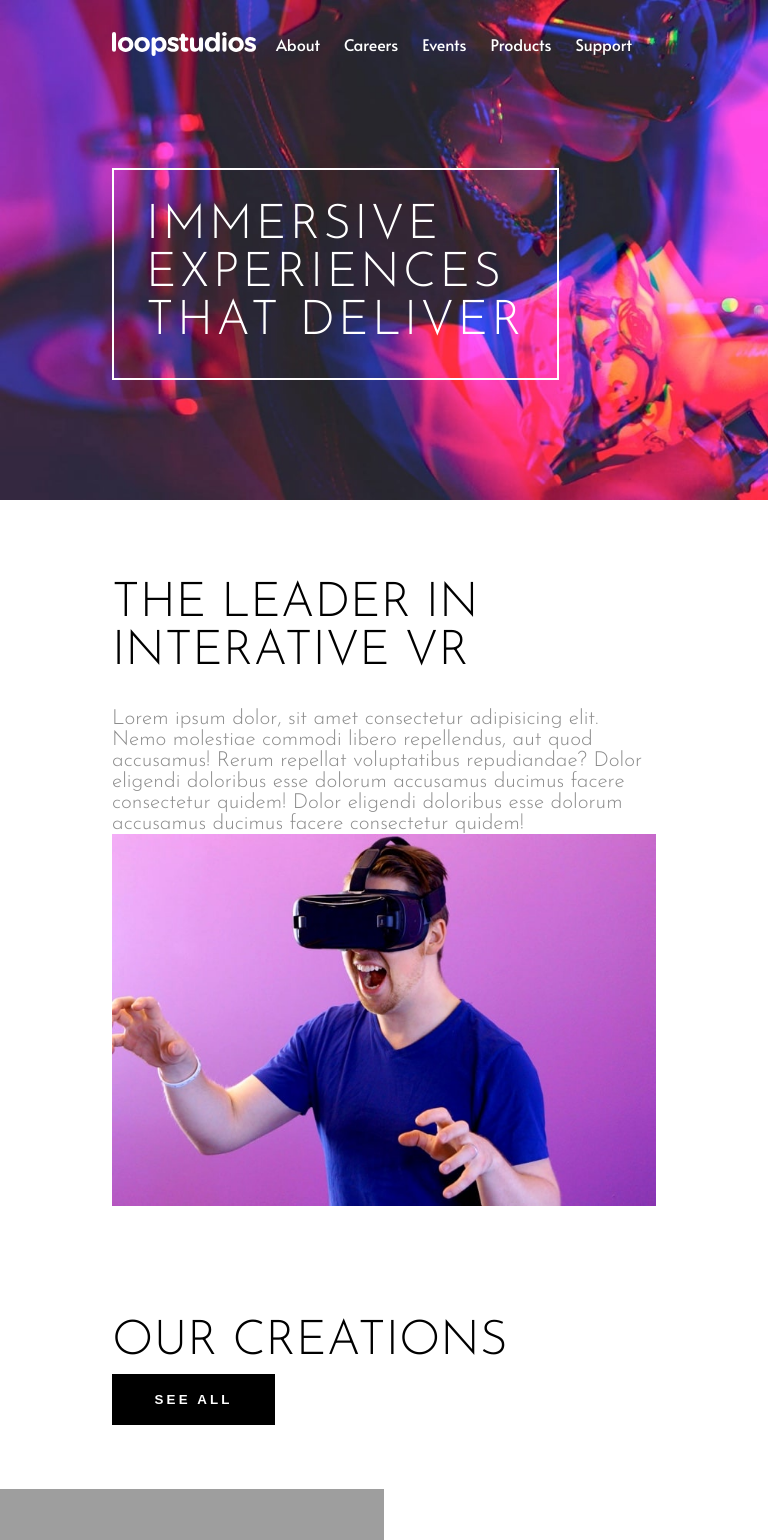
Repository: gligor99/loopstudios-fm
Page: /
These files come from the project's save history. The page is drawn as it stood at one moment and after the next save; the edit follows.
The browser window is 768 px wide. The page is 784 px wide, then 768 px, so the pictures cover 784 px, including what lies to the right of the window. The pictures show the part of the page from y = 0 to 1540 px (the page is 6252 px tall).
Pictures or frames that could not be fetched are drawn as grey boxes. Backgrounds fixed to the window are drawn as part of the page. The project was rebuilt for these pictures with package versions that can differ from the ones it lists, and the page was loaded fresh each time.

Above is the page before, as saved 2021-11-28 22:37:00.

### src/index.css
@import url("https://fonts.googleapis.com/css2?family=Alata&family=Josefin+Sans:wght@300&display=swap");

:root {
  --clr-white: hsl(0, 0%, 100%);
  --clr-black: hsl(0, 0%, 0%);
  --clr-dark-gray: hsl(0, 0%, 55%);
  --clr-very-dark-gray: hsl(0, 0%, 41%);
}

*,
::after,
::before {
  margin: 0;
  padding: 0;
  box-sizing: border-box;
}

body {
  font-family: "Alata", sans-serif;
  background: var(--clr-light-grayish-cyan);
  color: var(--clr-grey-1);
  font-size: 1rem;
}

### src/App.jsx
import About from "./components/About/About";
import Creations from "./components/Creations/Creations";
import Footer from "./components/Footer/Footer";
import Hero from "./components/Hero/Hero";
// import Navbar from "./components/Navbar/Navbar";


function App() {
  return (
    <div className="App">
      {/* <Navbar /> */}
      <Hero />
      <About />
      <Creations />
      <Footer />
    </div>
  );
}

export default App;

### src/components/About/About.jsx
import "./about.css";
import image from "../../assets/desktop/image-interactive.jpg";

const About = () => {
  return (
    <div className="about-container">
      <img className="image-interactive" src={image} alt="interactive.jpg" />
      <div className="about-content">
        <h1 className="about-title">The leader in <br />interative VR</h1>
        <p className="about-p">
          Lorem ipsum dolor, sit amet consectetur adipisicing elit. Nemo
          molestiae commodi libero repellendus, aut quod accusamus! Rerum
          repellat voluptatibus repudiandae? Dolor eligendi doloribus esse
          dolorum accusamus ducimus facere consectetur quidem! Dolor eligendi doloribus esse
          dolorum accusamus ducimus facere consectetur quidem!
        </p>
      </div>
    </div>
  );
};

export default About;

### src/components/Creations/Creations.jsx
import './creations.css'
import data from '../../data'
import Card from '../Card/Card';

const Creations = () => {
  return <div className="creation-container">
      <div className="creation-header">
          <h1 className="creation-title">
              Our Creations
          </h1>
          <button className="creation-btn">
              See All
          </button>
      </div>
      <div className="creation-cards">
          {data.map((item) => {
              return <Card key={item.id} item={item} />
          })}
      </div>
  </div>;
};

export default Creations;

### src/components/Footer/Footer.jsx
import "./footer.css";
import logo from "../../assets/logo.svg";
import fb from "../../assets/icon-facebook.svg";
import instagram from "../../assets/icon-instagram.svg";
import pinterest from "../../assets/icon-pinterest.svg";
import twittter from "../../assets/icon-twitter.svg";

const Footer = () => {
  return (
    <div className="footer-container">
      <div className="left-content">
        <img className="logo" src={logo} alt="footerLogo.svg" />
        <ul className="links">
          <li>
            <a href="/about">About</a>
          </li>
          <li>
            <a href="/careers">Careers</a>
          </li>
          <li>
            <a href="/events">Events</a>
          </li>
          <li>
            <a href="/products">Products</a>
          </li>
          <li>
            <a href="/support">Support</a>
          </li>
        </ul>
      </div>
      <div className="right-content">
        <div className="social">
          <img className='social-icon' src={fb} alt="fbIcon.svg" />
          <img className='social-icon' src={instagram} alt="instaIcon.svg" />
          <img className='social-icon'  src={pinterest} alt="pinterestIcon.svg" />
          <img className='social-icon' src={twittter} alt="twitterIcon.svg" />
        </div>
        <p className="copy">
          &copy;
          {`  ${new Date().getFullYear()} Loopstudios | All Rights Reserved`}
        </p>
      </div>
    </div>
  );
};

export default Footer;

### src/components/Hero/Hero.jsx
import React from "react";
import Navbar from "../Navbar/Navbar";
import "./hero.css";

const Hero = () => {
  return (
      <div className="container">
        <Navbar />
        <div className="container-content">
          <h1 className="title">
            Immersive <br /> experiences <br />
            that deliver
          </h1>
        </div>
      </div>
  );
};

export default Hero;

### src/components/About/about.css
.about-container {
  display: flex;
  justify-content: center;
  align-items: flex-end;
  margin: auto;
  padding: 7rem;
}

.image-interactive {
  height: 80%;
  z-index: -1;
}
.about-content {
  background-color: var(--clr-white);
  z-index: 1;
  height: 80%;
  padding: 4rem;
  margin-left: -10rem;
}

.about-title {
  font-family: "Josefin Sans", sans-serif;
  font-weight: 100;
  font-size: 3rem;
  text-transform: uppercase;
}

.about-p {
  color: var(--clr-dark-gray);
  font-family: "Josefin Sans", sans-serif;
  font-size: 1.3rem;
  padding-top: 2rem;
}

@media only screen and (max-width: 1300px) {
  .about-content {
    padding: 1rem;
    margin-left: -10rem;
  }
}
@media only screen and (max-width: 1210px) {
  .about-content {
    padding: 1rem;
    margin-left: -10rem;
  }
}
@media only screen and (max-width: 1110px) {
  .about-content {
    padding: 1rem;
    margin-left: -15rem;
  }
}
@media only screen and (max-width: 850px) {
  .about-container {
    flex-direction: column;
  }
  .image-interactive {
    width: 100%;
    order: 2;
  }
  .about-content{
    margin-top: -2rem;
    width: 100%;
    padding: 0;
  }
}

### src/components/Creations/creations.css
.creation-header {
  display: flex;
  flex-direction: row;
  justify-content: space-between;
  padding-left: 7rem;
  padding-right: 7rem;
  padding-bottom: 2rem;
}

.creation-title {
  font-family: "Josefin Sans", sans-serif;
  font-size: 3rem;
  text-transform: uppercase;
  font-weight: 100;
}

.creation-btn {
  border: none;
  background-color: var(--clr-black);
  border: 2px solid black;
  color: var(--clr-white);
  text-transform: uppercase;
  padding: 0 3rem 0 3rem;
  cursor: pointer;
  font-weight: 700;
  letter-spacing: 0.2rem;
  transition: 0.2s ease-in;
}
.creation-btn:hover {
  background-color: var(--clr-white);
  color: var(--clr-black);
  border: 2px solid black;
}

.creation-cards {
  padding: 0 5rem 0 5rem;
  display: flex;
  justify-content: space-between;
  flex-wrap: wrap;
  width: 100%;
}

@media only screen and (max-width: 840px) {
  .creation-header{
    flex-direction: column;
    justify-content: center;
    align-items: flex-start;
  }
  .creation-title {
    padding-bottom: 0.5rem;
  }
  .creation-btn {
    padding: 1rem;
    width: 30%;
  }
}

@media only screen and (max-width: 806px) {
  .creation-cards {
    flex-direction: column;
    justify-content: center;
    align-content: center;
  }
}

### src/data.js
const data = [
  {
    id: 1,
    title: "Deep Earth",
    img: "https://i.ibb.co/mtd0XJx/image-deep-earth.jpg",
  },
  {
    id: 2,
    title: "Night  Arcade",
    img: "https://i.ibb.co/5Wcqskt/image-night-arcade.jpg",
  },
  {
    id: 3,
    title: "Soccer Team VR",
    img: "https://i.ibb.co/fFDbQDR/image-soccer-team.jpg",
  },
  {
    id: 4,
    title: "The Grid",
    img: "https://i.ibb.co/r59dNbs/image-grid.jpg",
  },
  {
    id: 5,
    title: "From up Above VR",
    img: "https://i.ibb.co/PYK37pW/image-from-above.jpg",
  },
  {
    id: 6,
    title: "Pocket Borealis",
    img: "https://i.ibb.co/9hsnGFt/image-pocket-borealis.jpg",
  },
  {
    id: 7,
    title: "The curiosity",
    img: "https://i.ibb.co/fQZHkXQ/image-curiosity.jpg",
  },
  {
    id: 8,
    title: "Make it fisheye",
    img: "https://i.ibb.co/D506TGt/image-fisheye.jpg",
  },
];

export default data;

### src/components/Card/Card.jsx
import "./card.css";

const Card = ({ item }) => {
  return (
    <div
      className="card-container"
      style={{
        backgroundImage: `url(${item.img})`,
        backgroundRepeat: "no-repeat"
      }}
    >
      <h4 className="card-title">{item.title}</h4>
    </div>
  );
};

export default Card;

### src/components/Footer/footer.css
.footer-container {
  background-color: var(--clr-black);
  padding: 3rem 7rem 3rem 7rem;
  display: flex;
  justify-content: space-between;
  align-items: center;
}
.copy {
  color: var(--clr-dark-gray);
  font-family: "Josefin Sans", sans-serif;
  font-size: 1.1rem;
  font-weight: 700;
}

.links {
  padding-top: 2rem;
}

.right-content {
  display: flex;
  flex-direction: column;
  justify-content: flex-end;
}

.social {
  padding-bottom: 2rem;
  text-decoration: none;
  display: flex;
  justify-content: flex-end;
}
.social-icon {
  padding-left: 2rem;
}

@media only screen and (max-width: 850px) {
  .footer-container {
    flex-direction: column;
    justify-content: center;
  }

  .social {
    padding-top: 2rem;
    justify-content: center;
  }
  .copy{
    text-align: center;
  }
}

### src/components/Navbar/Navbar.jsx
import logo from "../../assets/logo.svg";
import "./navbar.css";

const Navbar = () => {
  return (
    <div className="wrapper">
      <img src={logo} alt="logo.svg" />
      <ul>
        <li>
          <a href="/about">About</a>
        </li>
        <li>
          <a href="/careers">Careers</a>
        </li>
        <li>
          <a href="/events">Events</a>
        </li>
        <li>
          <a href="/products">Products</a>
        </li>
        <li>
          <a href="/support">Support</a>
        </li>
      </ul>
    </div>
  );
};

export default Navbar;

### src/components/Hero/hero.css
.container {
  background: url("../../assets/desktop/image-hero.jpg");
  background-repeat: no-repeat;
  background-attachment: fixed;
  background-size: cover;
  height: 500px;
}
.container-content {
  display: flex;
  margin-top: 5rem;
  margin-left: 7rem;
}

.title {
  border: 2px solid var(--clr-white);
  padding: 2rem;
  text-transform: uppercase;
  font-family: "Josefin Sans", sans-serif;
  font-size: 3rem;
  font-weight: 100;
  letter-spacing: 0.2rem;
  color: white;
}

### src/components/Card/card.css
.card-container {
  position: relative;
  margin: 2rem;
  transition: 0.2s ease-in;
  cursor: pointer;
  height: 500px;
        width: 250px;
}

.card-container:hover {
  opacity: 50%;
  color: var(--clr-black);
}

.card-title {
  position: absolute;
  bottom: 3rem;
  text-transform: uppercase;
  font-family: "Josefin Sans", sans-serif;
  font-weight: 100;
  font-size: 2rem;
  color: var(--clr-white);
  padding: 2rem;
  width: 100%;
}

@media only screen and (max-width: 806px) {
  .card-container{
    width: 800px;

  }
}

### src/components/Navbar/navbar.css
.wrapper {
  display: flex;
  flex-direction: row;
  justify-content: space-between;
  align-items: center;
  margin: auto;
  padding: 2rem 7rem 2rem 7rem;
  background-color: transparent;
}
img {
  height: 1.5rem;
}
ul {
  display: flex;
  flex-wrap: nowrap;
  justify-content: space-evenly;
}
li {
  list-style-type: none;
  padding-right: 1.5rem;
}
a {
  position: relative;
  display: inline-block;
  text-decoration: none;
  color: var(--clr-white);
}
a:after {
  content: "";
  position: absolute;
  left: 0;
  top: 100%;
  width: 0;
  height: 1.8px;
  background-color: var(--clr-white);
  transition: width 0.2s ease-in-out;
}
a:hover:after {
  width: 100%;
}

Loaded but not shown: public/index.html (common file); src/index.jsx (common file)

After the next save:
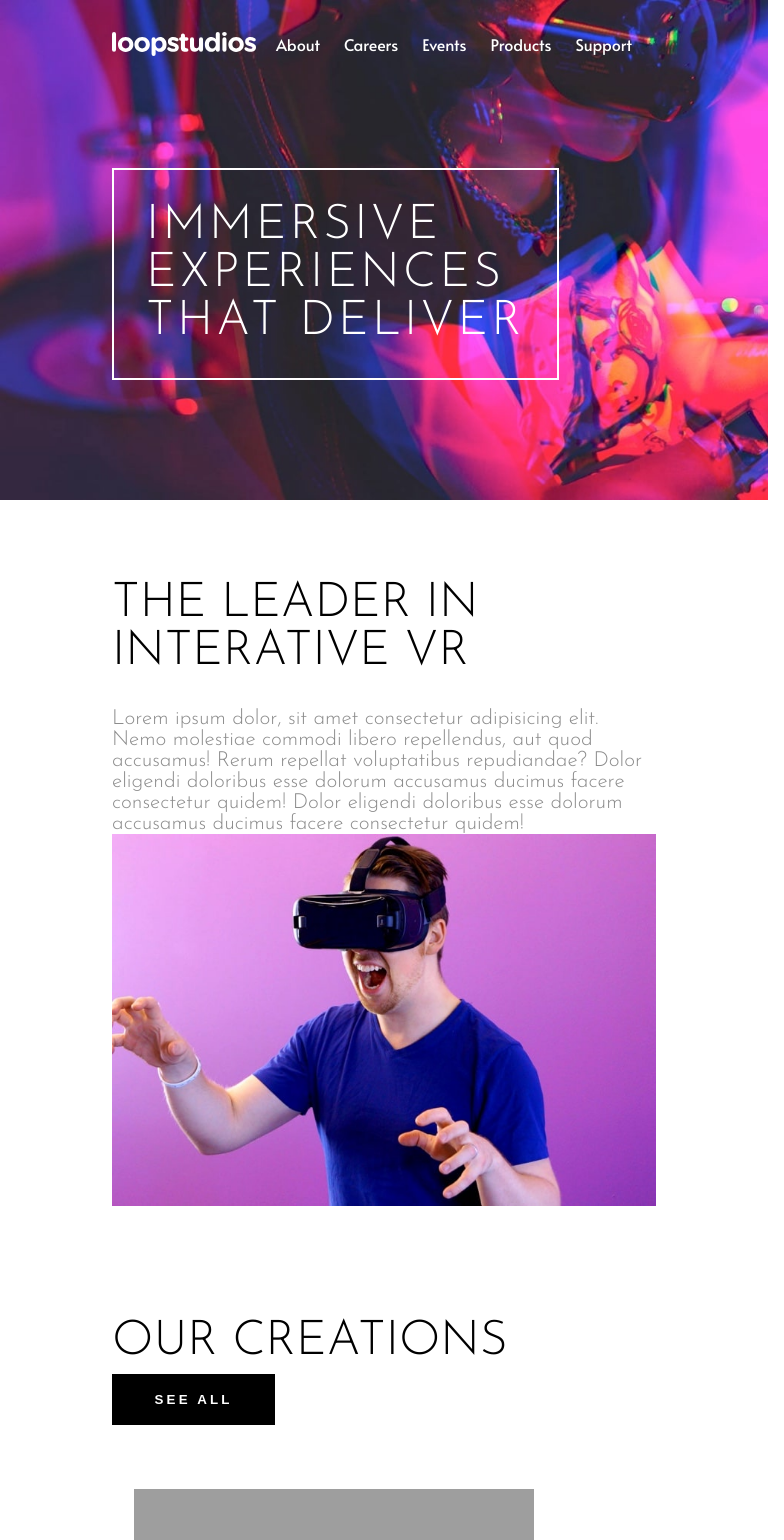
Saved 21 s later.
--- a/src/components/Card/card.css
+++ b/src/components/Card/card.css
@@ -26,7 +26,7 @@
 
 @media only screen and (max-width: 806px) {
   .card-container{
-    width: 800px;
+    width: 500px;
 
   }
 }
